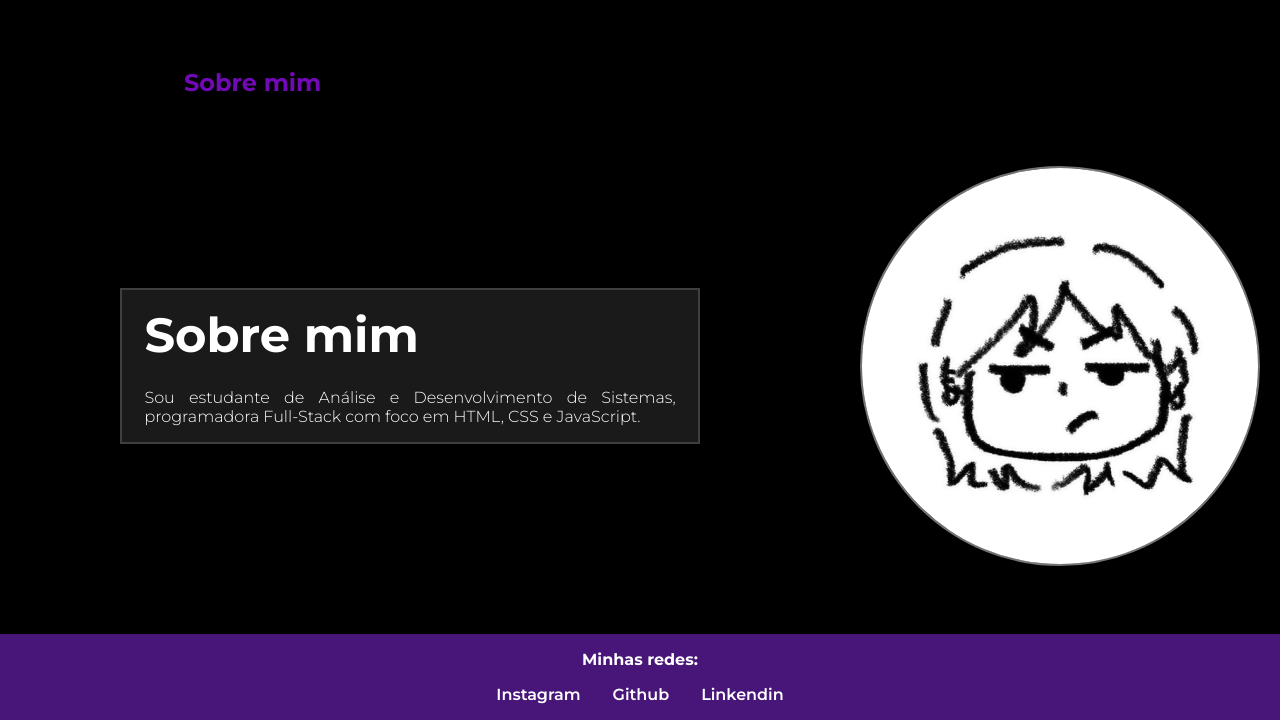
Repository: analessp/portfolio-developer
Page: index.html
These files come from the project's save history. The page is drawn as it stood at one moment and after a run of saves; the edit follows.
The browser window is 1280 px wide. The pictures show the whole page.

Above is the page before, as saved 2025-04-24 10:29:48.

After the next 2 saves:
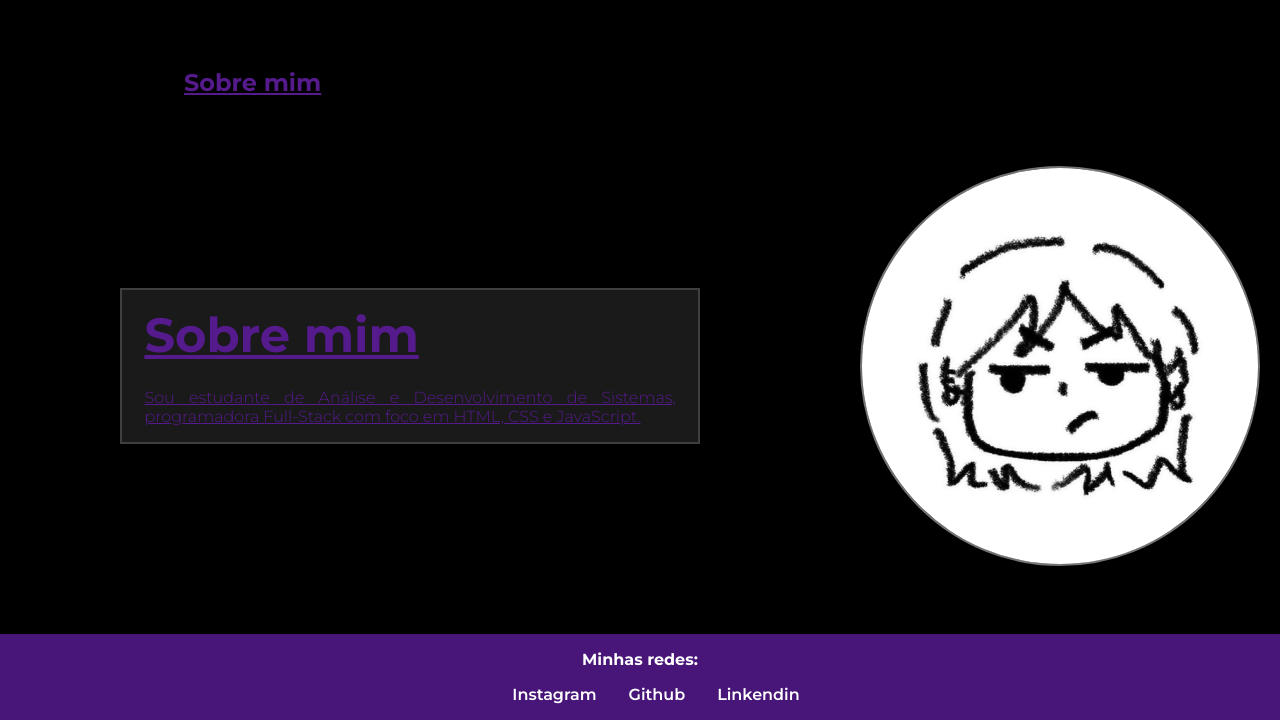
The 2 saves are shown as one change because they came seconds apart.
The last was saved 8 s later.
--- a/index.html
+++ b/index.html
@@ -12,7 +12,7 @@
         <nav>
             <uL class="navbar-list">
                 <li>
-                    <aHome</li>
+                    <a href=""</li>
                 <li>Sobre mim</li>
             </uL>
         </nav>
